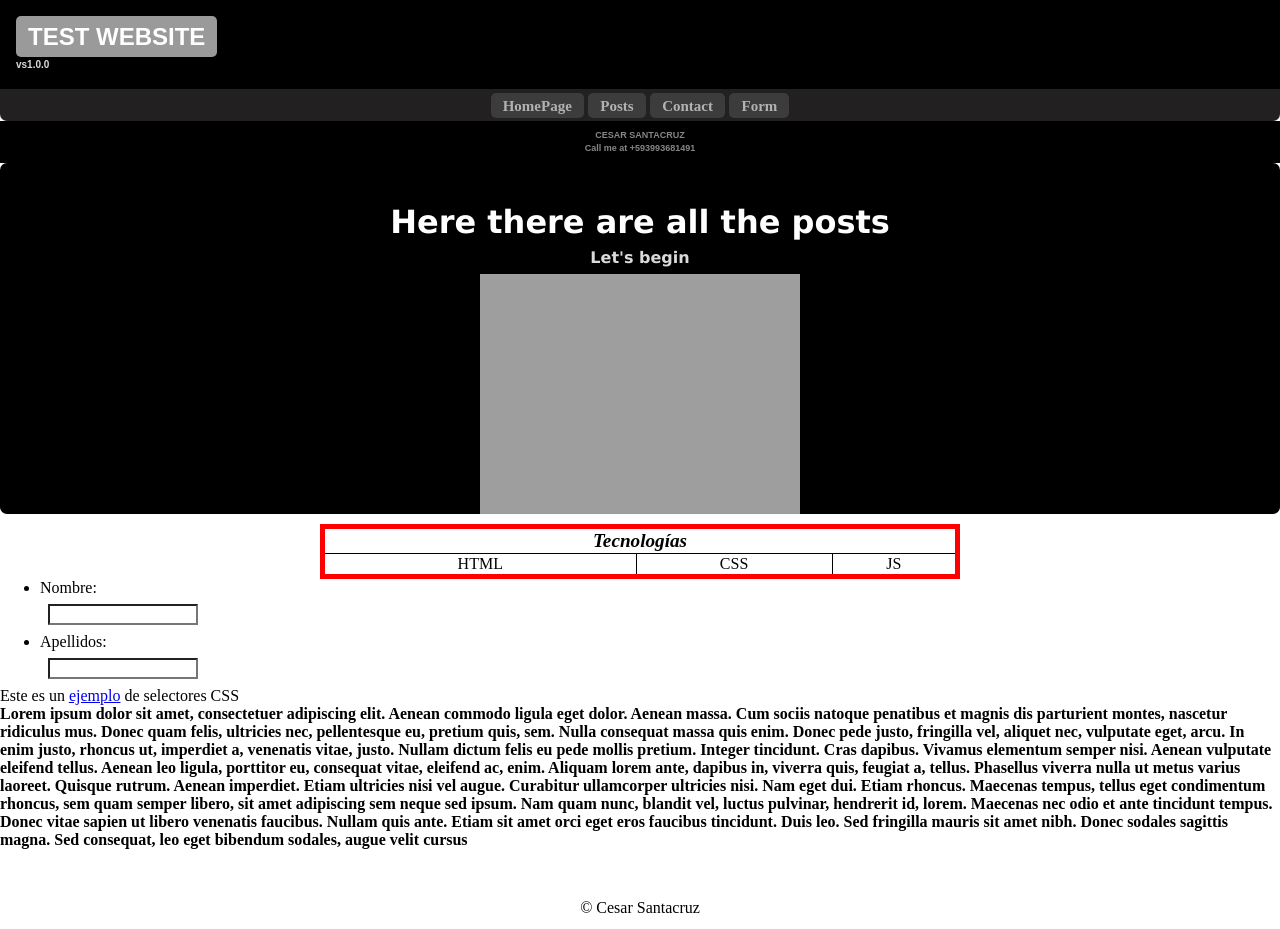
Repository: cesarsant0203/My_Study
Page: Introducción al desarrollo web/My Page 1/2.posts.html
These files come from the project's save history. The page is drawn as it stood at one moment and after a run of saves; the edit follows.
The browser window is 1280 px wide. The pictures show the whole page.
Pictures or frames that could not be fetched are drawn as grey boxes.

Above is the page before, as saved 2020-04-29 20:41:52.

After the next 2 saves:
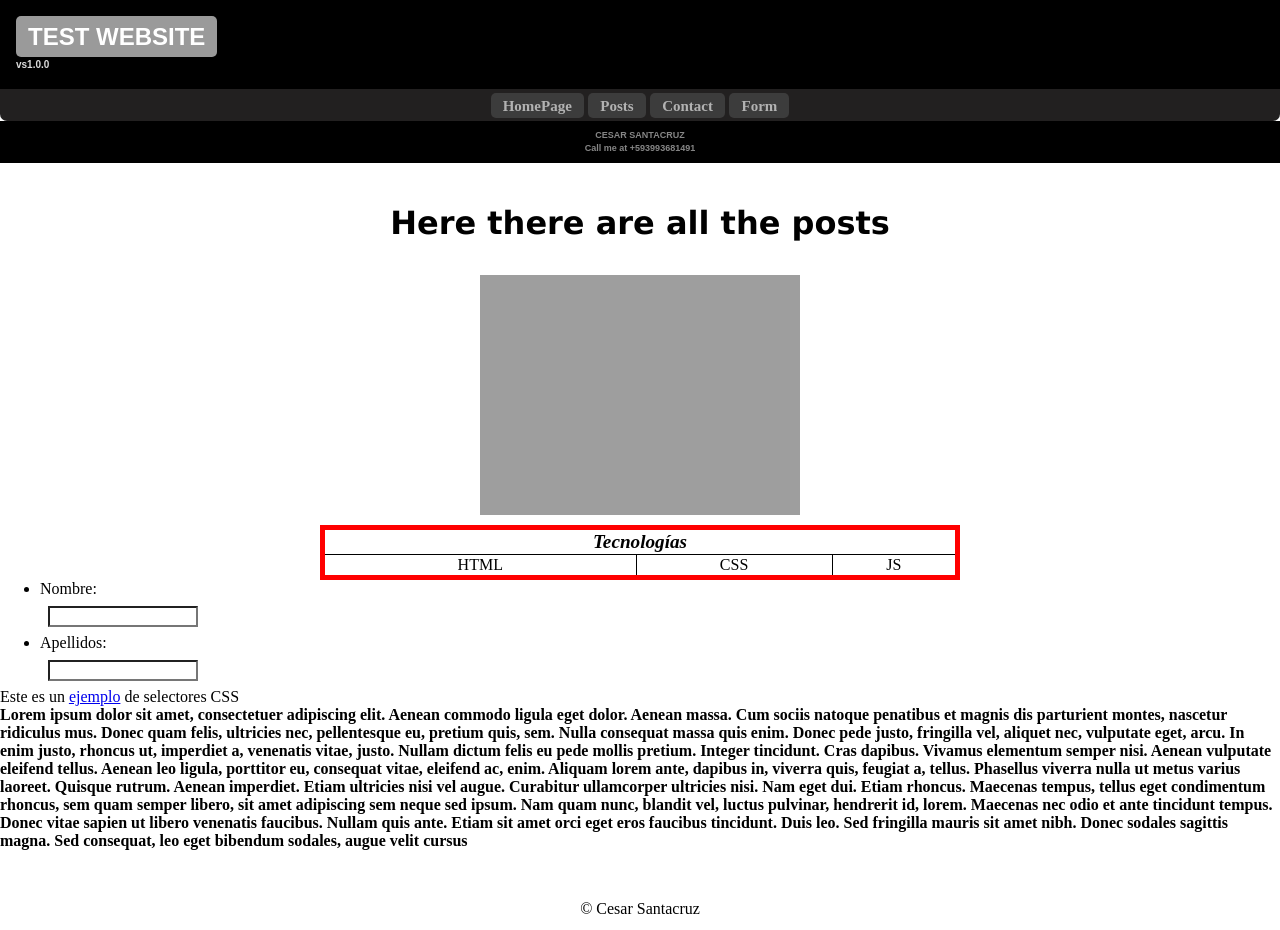
The 2 saves are shown as one change because they came seconds apart.
The last was saved 22 s later.
--- a/Introducción al desarrollo web/My Page 1/2.posts.html
+++ b/Introducción al desarrollo web/My Page 1/2.posts.html
@@ -26,7 +26,7 @@
         <p id="callMe">CESAR SANTACRUZ<br />
             Call me at +593993681491</p>
     </section>
-    <article id="ar1" class="blackCard">
+    <article id="ar1" class="whiteCard">
         <h2>Here there are all the posts</h2>
         <p id="intro">Let's begin</p>
         <img src="https://applauss.com/wp-content/uploads/2016/01/gifs-animados-13.gif" title="gifPacman" class="gif" />
